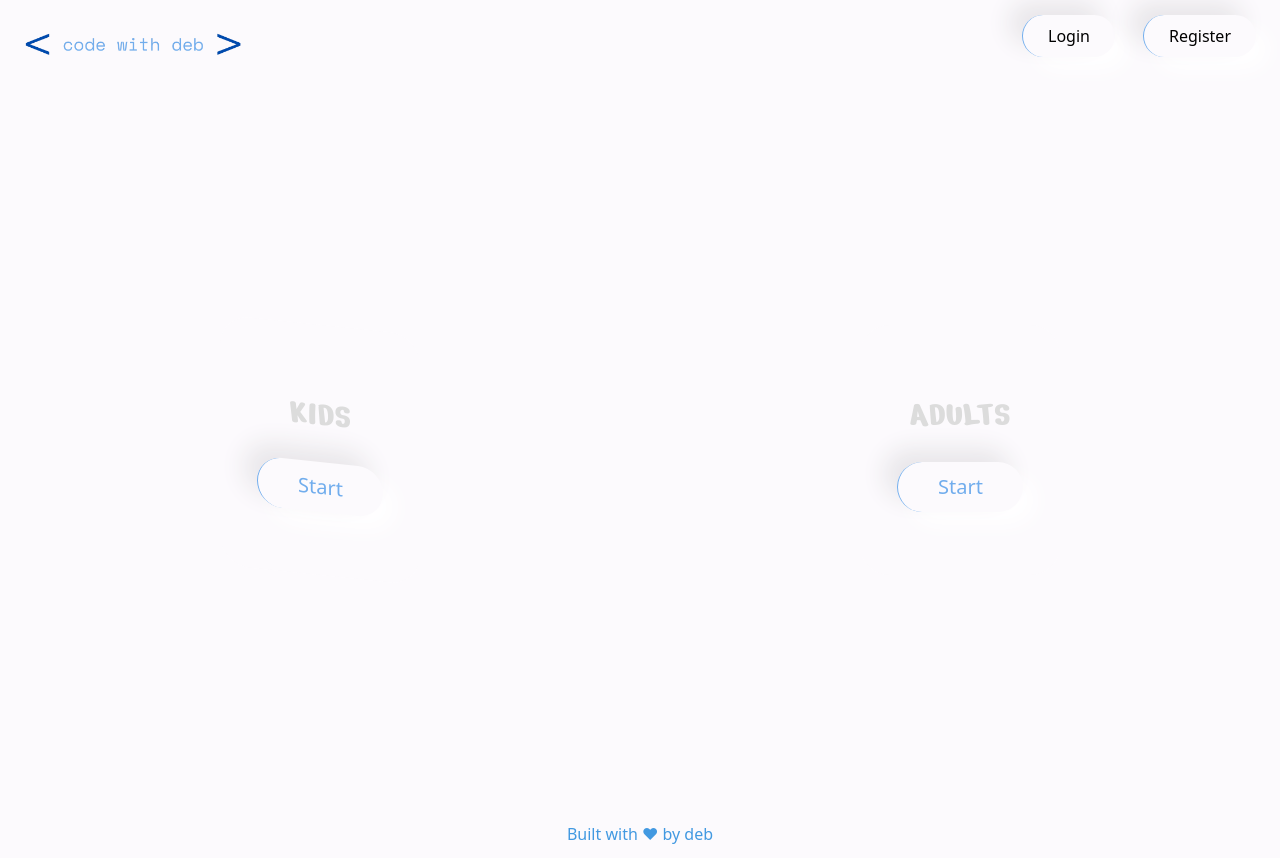
Repository: latenightsnacc/codewithdeb
Page: index.html
An editor plug-in stored every save of this project. The page is shown before and after the next save, followed by the edit.
The browser window is 1280 px wide. The pictures show the whole page.
The style sheet was rebuilt from its Sass, Less or Tailwind sources for each picture, by a compiler version that may differ from the author's.

Above is the page before, as saved 2020-11-25 18:04:37.

After the next save:
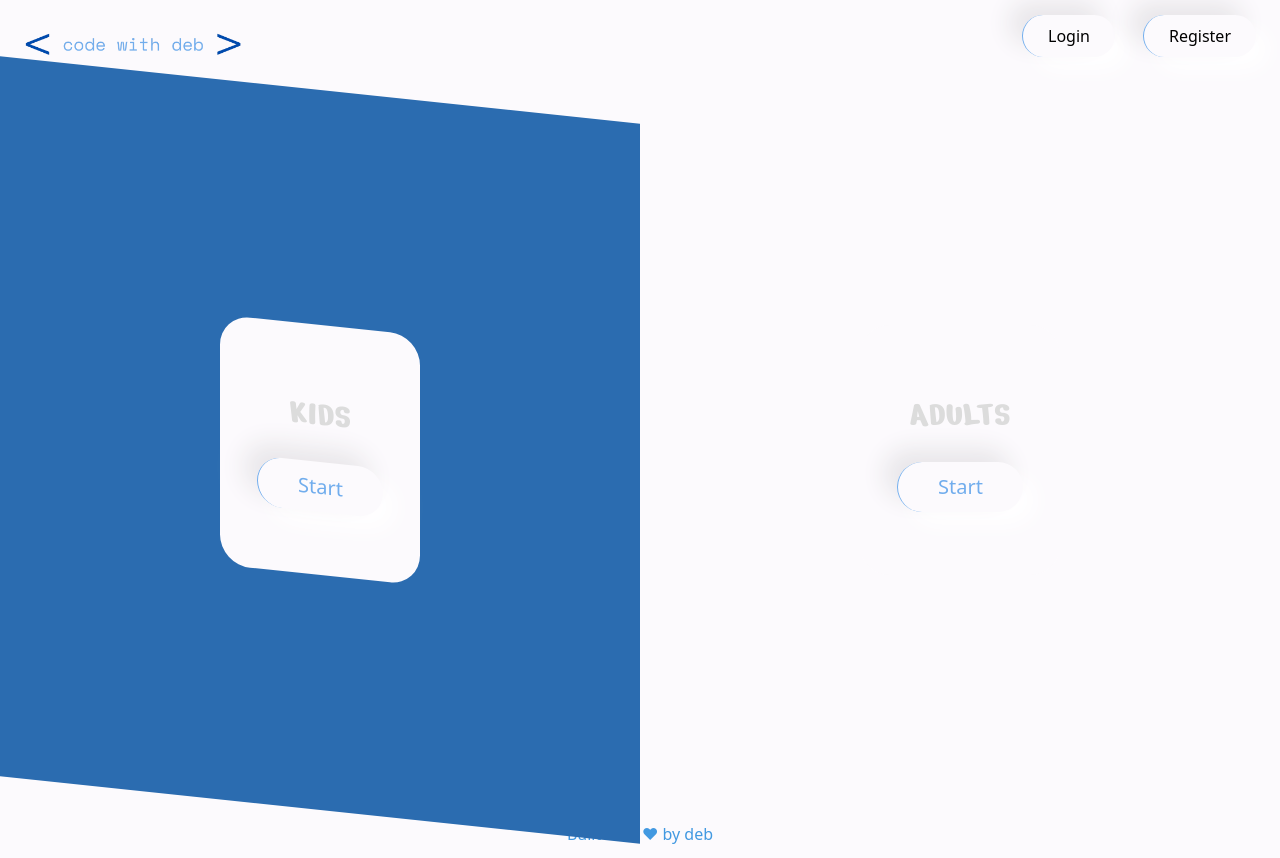
Saved 15 s later.
--- a/index.html
+++ b/index.html
@@ -35,7 +35,7 @@
     <main class="wrapper">
         <div class="container ">
             <div class="flex flex-row w-screen">
-                <div class="w-1/2 h-screen flex items-center justify-center transform skew-y-6 bg-blue">
+                <div class="w-1/2 h-screen flex items-center justify-center transform skew-y-6 bg-blue-700">
                     <div class="box">
                         <div class="door-shadow"></div>
                         <div class="door">

After the save that followed:
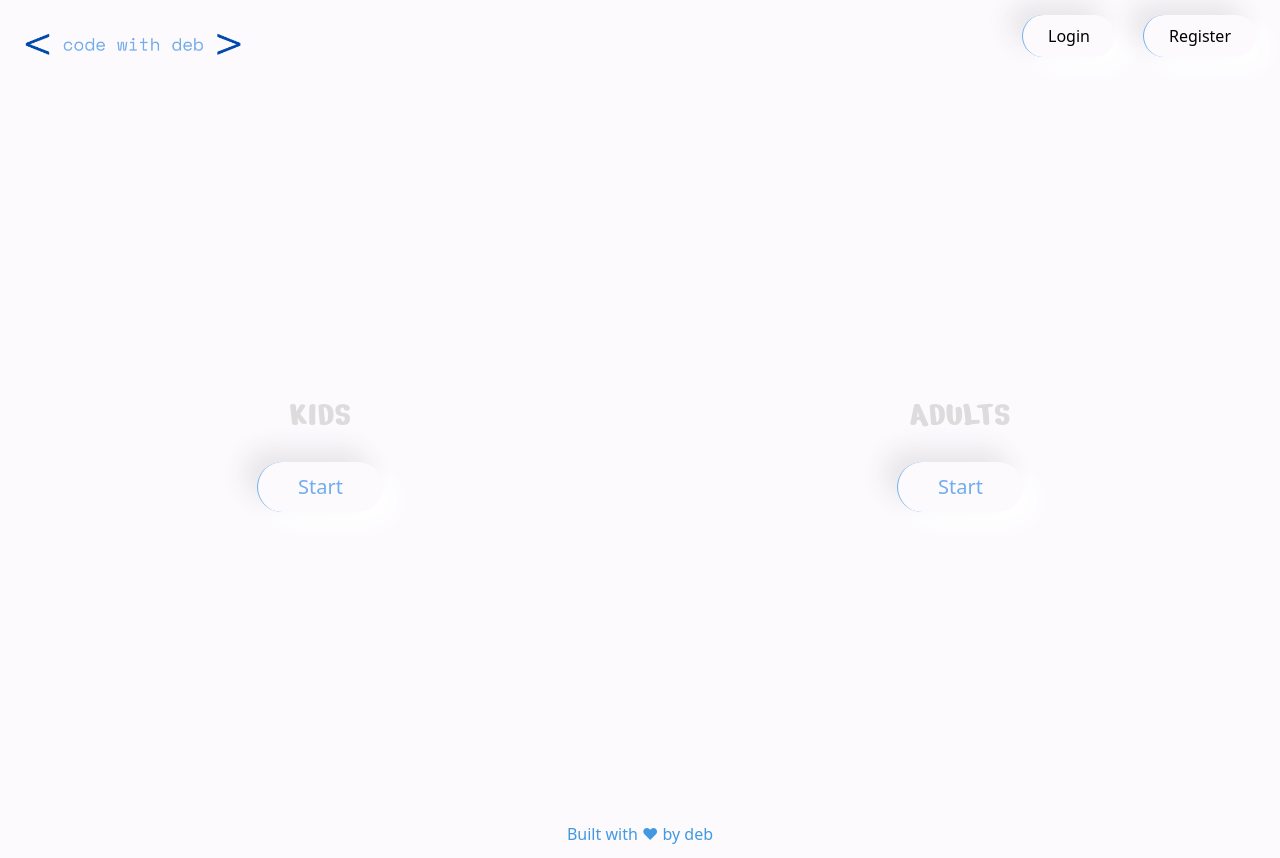
Saved 40 s later.
--- a/index.html
+++ b/index.html
@@ -35,7 +35,7 @@
     <main class="wrapper">
         <div class="container ">
             <div class="flex flex-row w-screen">
-                <div class="w-1/2 h-screen flex items-center justify-center transform skew-y-6 bg-blue-700">
+                <div class="w-1/2 h-screen flex items-center justify-center transform">
                     <div class="box">
                         <div class="door-shadow"></div>
                         <div class="door">
